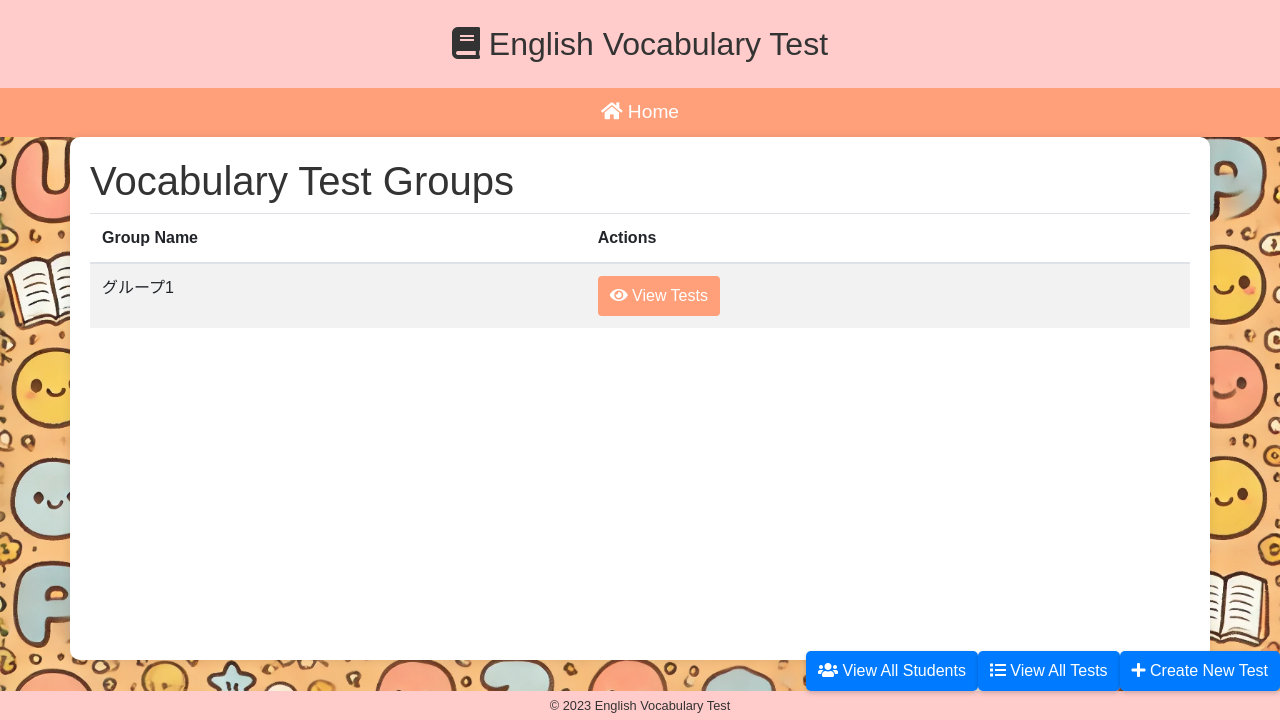
Repository: YamatoGH/testapp
Page: http://localhost/
An editor plug-in stored every save of this project. The page is shown before and after the next save, followed by the edit.
The browser window is 1280 px wide. The pictures show the whole page.
The page is served by the project's application, run on Django 5.2 (manage.py).

Above is the page before, as saved 2024-07-30 00:45:47.

After the next save:
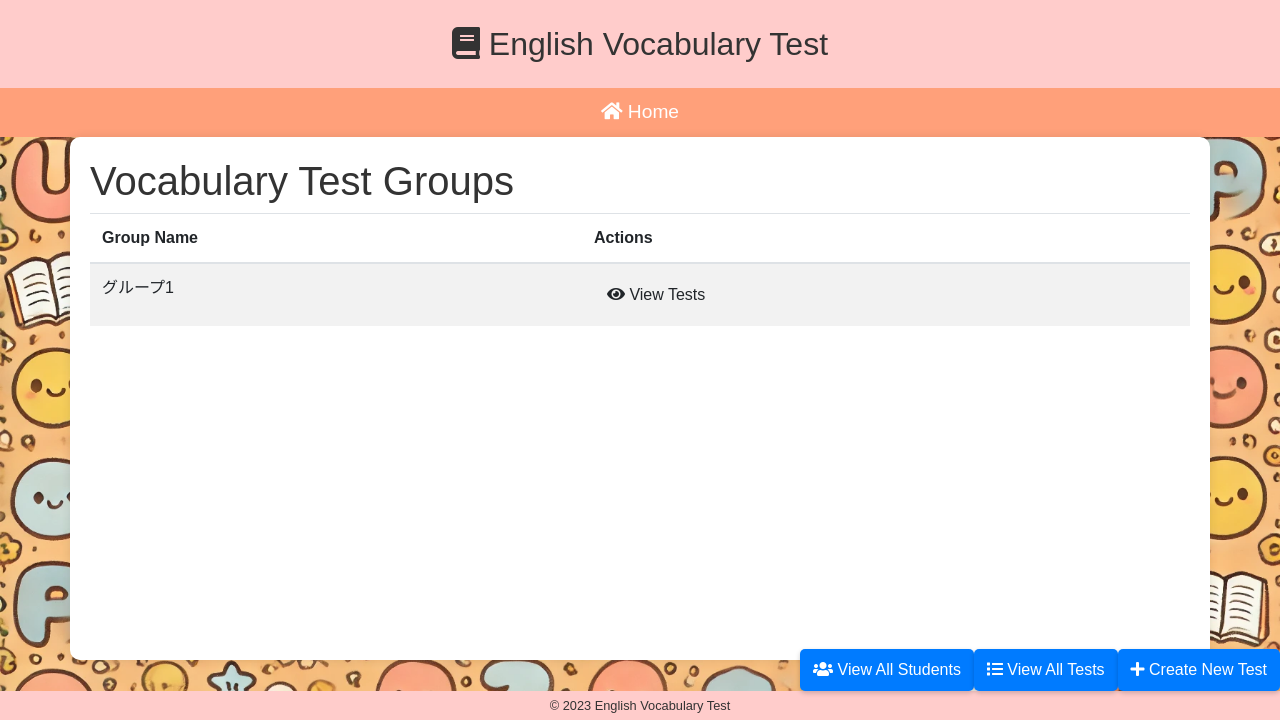
Saved 4 min 6 s later.
--- a/testapp/static/testapp/css/style.css
+++ b/testapp/static/testapp/css/style.css
@@ -57,9 +57,7 @@ footer {
     bottom: 0;
 }
 
-.btn-custom,
-.btn-save,
-.btn-print {
+form .btn {
     border: none !important;
     text-align: center !important;
     text-decoration: none !important;
@@ -69,40 +67,40 @@ footer {
     cursor: pointer !important;
 }
 
-.btn-custom {
+form .btn-custom {
     background-color: #ffa07a !important;
     color: white !important;
     padding: 8px 12px !important;
     margin: 0 !important;
 }
 
-.btn-custom:hover {
+form .btn-custom:hover {
     background-color: white !important;
     color: black !important;
     border: 2px solid #ffa07a !important;
 }
 
-.btn-save {
+form .btn-save {
     background-color: #28a745 !important;
     color: white !important;
     padding: 10px 20px !important;
     margin: 4px 2px !important;
 }
 
-.btn-save:hover {
+form .btn-save:hover {
     background-color: white !important;
     color: black !important;
     border: 2px solid #28a745 !important;
 }
 
-.btn-print {
+form .btn-print {
     background-color: #87CEEB !important;
     color: white !important;
     padding: 10px 20px !important;
     margin: 4px 2px !important;
 }
 
-.btn-print:hover {
+form .btn-print:hover {
     background-color: white !important;
     color: black !important;
     border: 2px solid #87CEEB !important;
